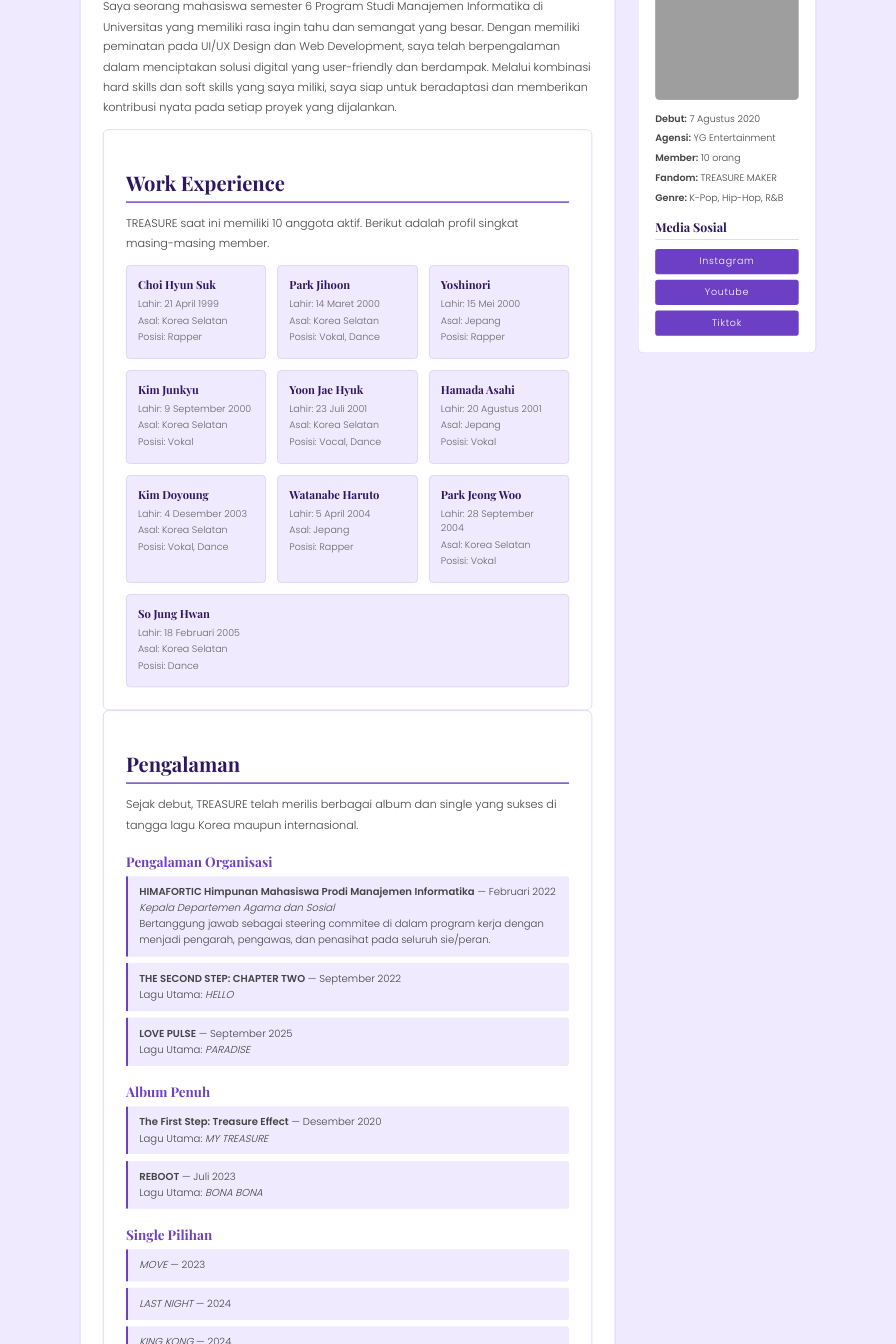
Repository: VergiMutiaRahmasyani/Website-Portofolio
Page: index.html
The author's editor kept a copy of each file at every save. The page is drawn from the files as they stood at one save, then again after a run of saves.
The browser window is 1280 px wide. The pictures show the part of the page from y = 634 to 2554 px (the page is 2887 px tall before and 2849 px after), at 70% of full size.
Pictures or frames that could not be fetched are drawn as grey boxes.

Above is the page before, as saved 2026-03-07 11:40:57.

After the next 4 saves:
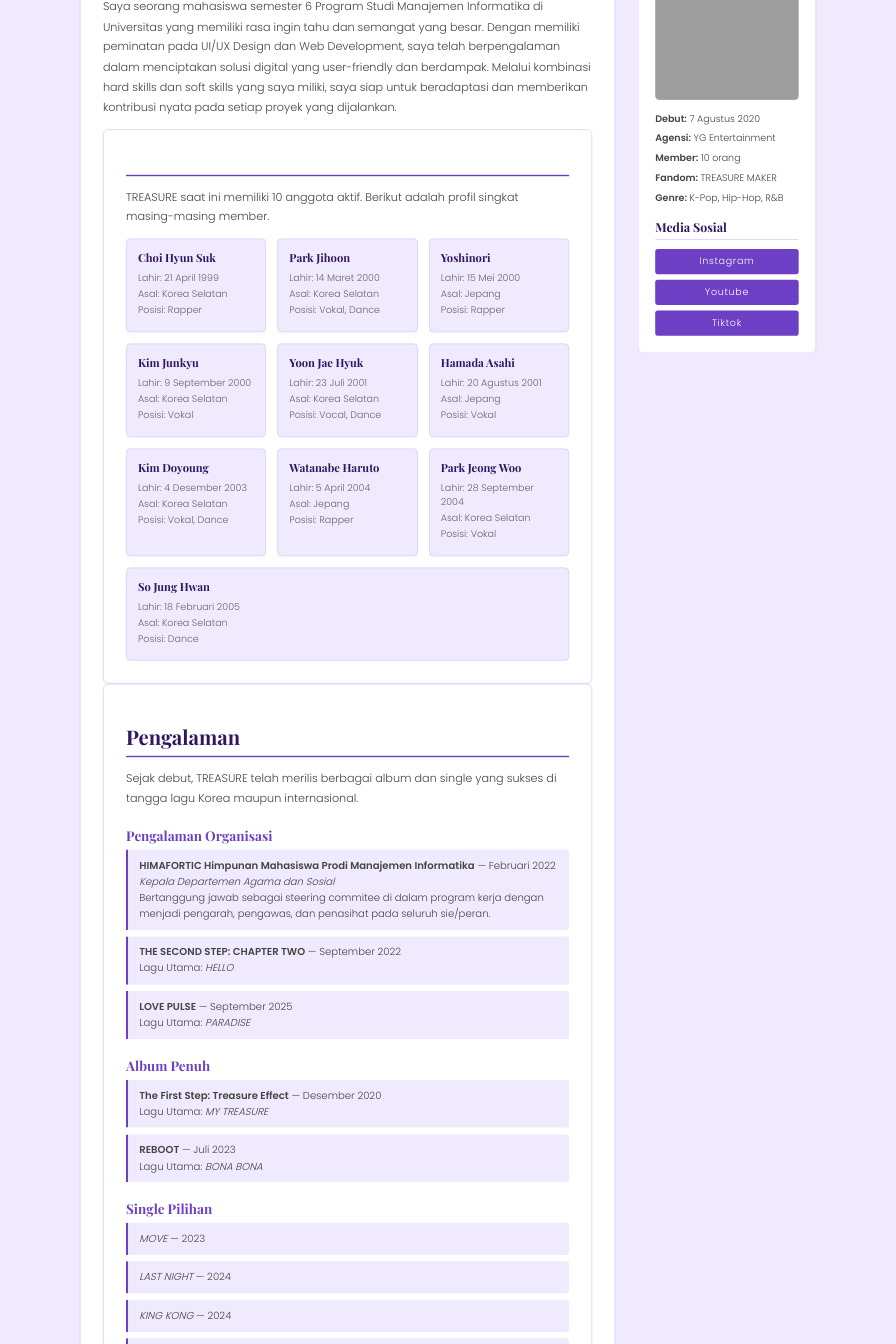
The 4 saves are shown as one change because they came seconds apart.
The last was saved 17 s later.
--- a/index.html
+++ b/index.html
@@ -56,8 +56,8 @@
                         </p>
 
 
-                    <article id="Work">
-                        <h2> Work Experience </h2>
+                    <article id="Project">
+                        <h2> </h2>
                         <p>
                             TREASURE saat ini memiliki 10 anggota aktif. Berikut adalah profil singkat masing-masing member.
                         </p>

After the 2 saves that followed:
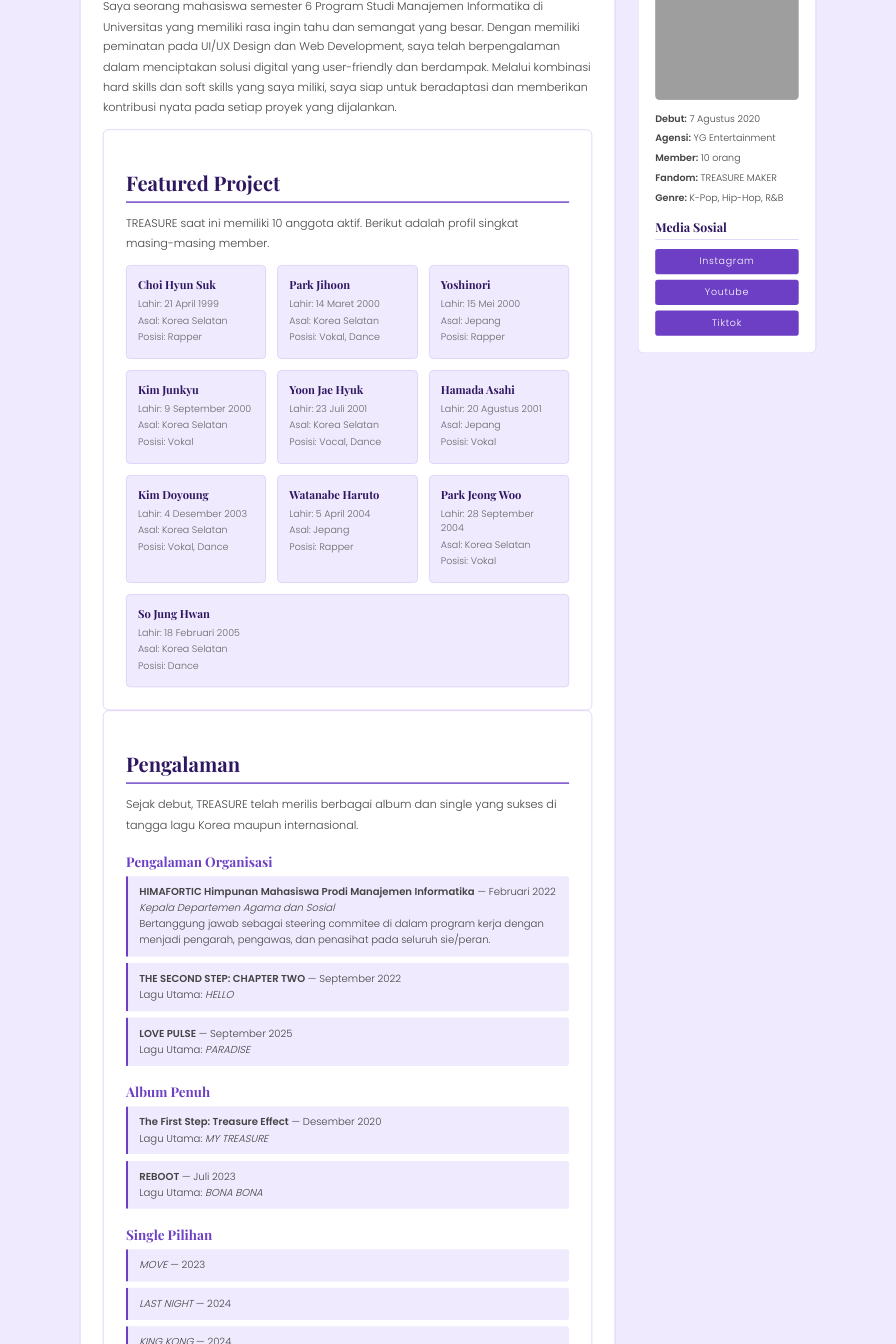
The 2 saves are shown as one change because they came seconds apart.
The last was saved 14 s later.
--- a/index.html
+++ b/index.html
@@ -57,7 +57,7 @@
 
 
                     <article id="Project">
-                        <h2> </h2>
+                        <h2>Featured Project</h2>
                         <p>
                             TREASURE saat ini memiliki 10 anggota aktif. Berikut adalah profil singkat masing-masing member.
                         </p>
